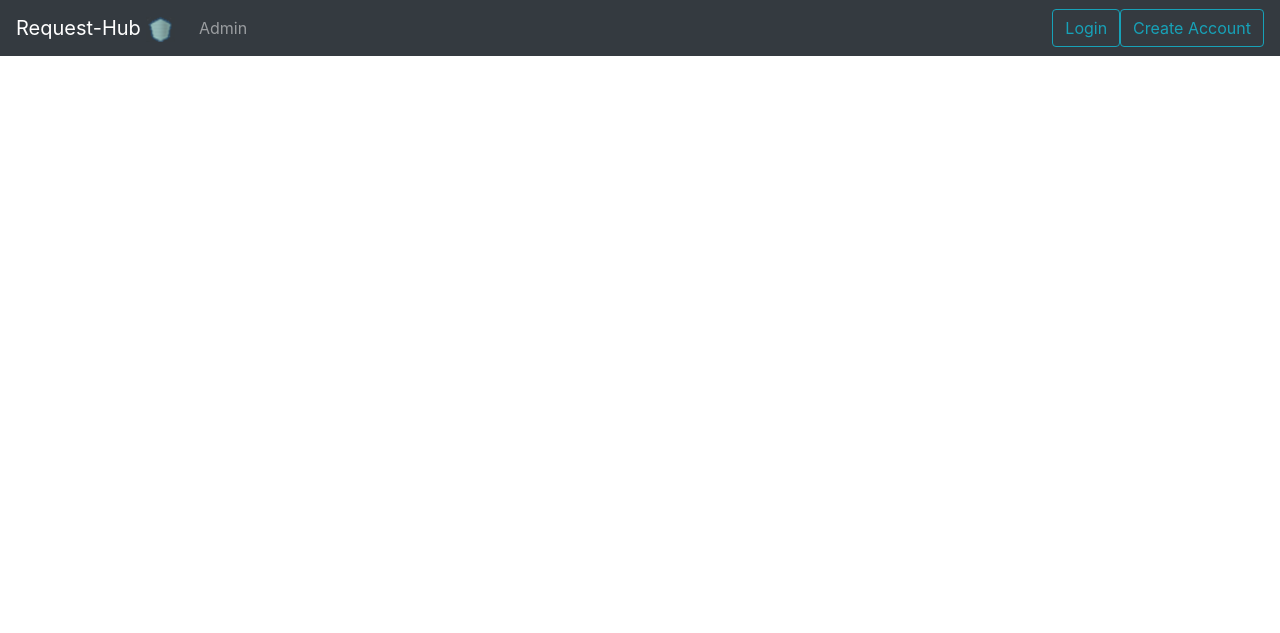
Repository: DonWhelan/Request-Hub
Page: http://localhost/newCompanyForm.php
The author's editor kept a record of every edit. The page is drawn from the files as they stood at one moment, then again after the next edit.
The browser window is 1280 px wide. The pictures show the whole page.
The page is run by PHP 8.4 with error messages shown; the project is at /var/www/html/.

Above is the page before.

After the next edit:
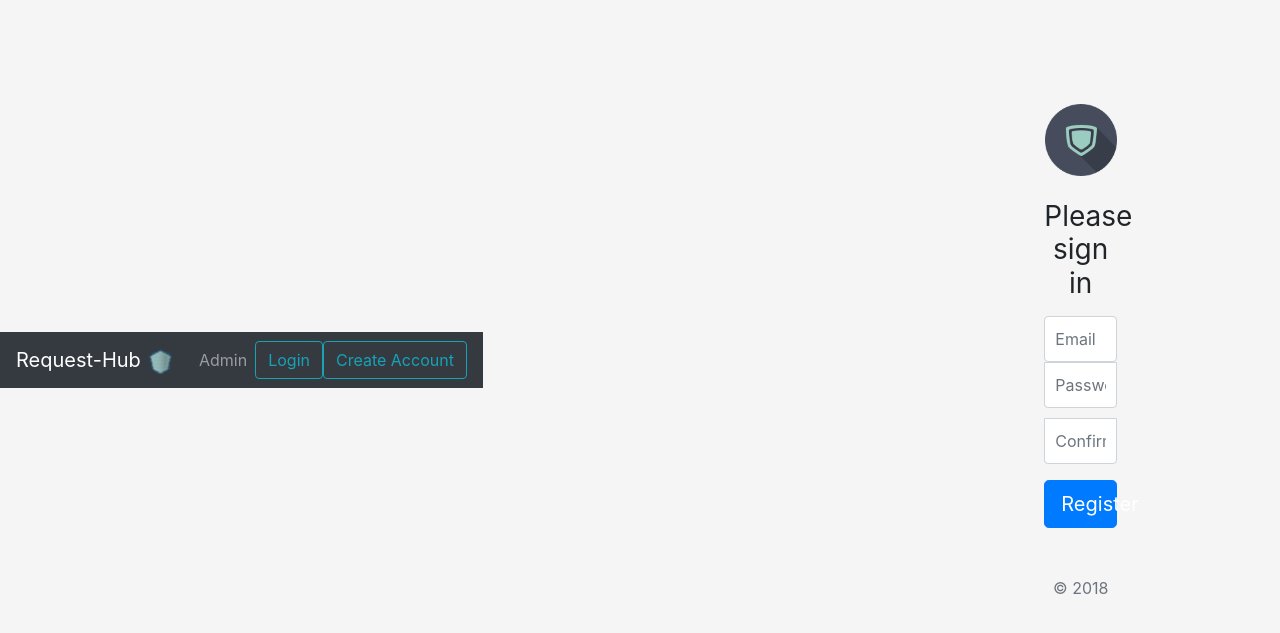
The edit:
--- a/newCompanyForm.php
+++ b/newCompanyForm.php
@@ -1,39 +1,54 @@
-<!DOCTYPE html>
+<!doctype html>
 <html lang="en">
 
 <head>
+    <meta charset="utf-8">
+    <meta name="viewport" content="width=device-width, initial-scale=1, shrink-to-fit=no">
+    <meta name="description" content="">
+    <meta name="author" content="">
+
+    <title>Signin Template for Bootstrap</title>
+
+    <!-- Bootstrap core CSS -->
+    <link href="../style/bootstrap-4.0.0-dist/css/bootstrap.min.css" rel="stylesheet">
+
+    <!-- Custom styles for this template -->
+    <link href="signin.css" rel="stylesheet">
+</head>
+
+<body class="text-center">
 
     <?php
-		include("includes/pageIncludes/head.php");
-	?>
-
-</head>
-
-<body>
-
-    <!--navbar-->
-	<?php
 		include("includes/pageIncludes/TopNav.php");
 	?>
-
-    <!-- filler -->
-    <div class="services-container">
         <div class="container">
-            <div class="row" style="height:130px;">
-                <div class="col-sm-12 " >
+            <div class="row">
+                <div class="col-sm-12" style="height:130px">
                 </div>
             </div>
         </div>
-    </div>
 
-    <!-- Services -->
-    <div class="services-container">
         <div class="container">
-            <div class="row" >
-
+            <div class="row">
+                <div class="col-sm-4">
+                </div>
+                <div class="col-sm-4">
+                    <form action="newUser.php" method="post" name="Login_Form" class="form-signin">
+                        <img class="mb-4" src="assets/img/icons/services-1.png" alt="" width="72" height="72">
+                        <h1 class="h3 mb-3 font-weight-normal">Please sign in</h1>
+                        <label for="inputEmail" class="sr-only">Email address</label>
+                        <input type="text" class="form-control" name="email" placeholder="Email" required="" />
+                        <input type="password" class="form-control" name="password" placeholder="Password" required="" />
+                        <input type="password" class="form-control" name="passwordmatch" placeholder="Confirm Password" required="" />
+                        <div class="checkbox mb-3">
+                        </div>
+                        <button class="btn btn-lg btn-primary btn-block" type="submit" value="Login">Register</button>
+                        <p class="mt-5 mb-3 text-muted">&copy; 2018</p>
+                    </form>
+                </div>
             </div>
         </div>
-    </div>
+
 </body>
 
 </html>
